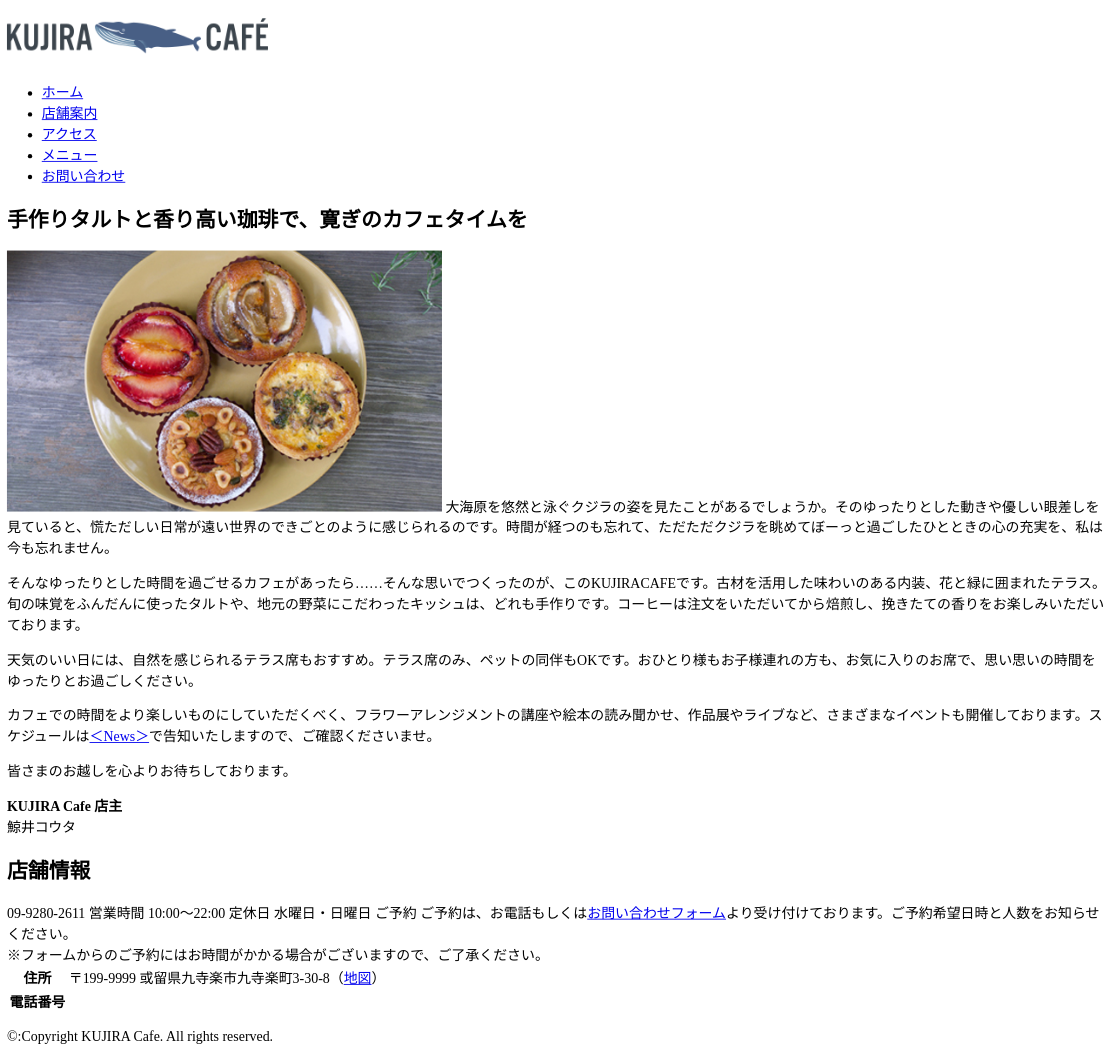
Repository: U-dias/work3
Page: cafe/about.html
The author's editor kept a record of every edit. The page is drawn from the files as they stood at one moment, then again after the next edit.
The browser window is 1280 px wide. The pictures show the whole page, at 87% of full size.

Above is the page before.

### cafe/about.html
<!doctype html>
<html>
  <head>
  <meta charset="utf-8">
  <title>KUJIRA Cafeについて | KUJIRA Cafe</title>
  </head>
  <body>
    <div class="wrapper">
      <!--ヘッダー-->
        <header class="hearder">
          <h1 class="logo"> <a href="index.html"><img src="images/logo.png" alt="KUJIRA Cafe"></a></h1>
          <nav class="nav">
              <ul>
                <li><a href="index.html">ホーム</a></li>
                <li><a href="about.html">店舗案内</a></li>
                <li><a href="access,html">アクセス</a></li>
                <li><a href="menu.html">メニュー</a></li>
                <li><a href="contact.html">お問い合わせ</a></li>

              </ul>
          </nav>
        </header>
        <!--ヘッダーここまで-->
        <!--メイン-->

        <main>
          <h2>手作りタルトと香り高い珈琲で、寛ぎのカフェタイムを</h2>
          <p><img src="images/about-photo.jpg" alt="タルトの写真">
          大海原を悠然と泳ぐクジラの姿を見たことがあるでしょうか。そのゆったりとした動きや優しい眼差しを見ていると、慌ただしい日常が遠い世界のできごとのように感じられるのです。時間が経つのも忘れて、ただただクジラを眺めてぼーっと過ごしたひとときの心の充実を、私は今も忘れません。</p>
          <p>
            そんなゆったりとした時間を過ごせるカフェがあったら……そんな思いでつくったのが、このKUJIRACAFEです。古材を活用した味わいのある内装、花と緑に囲まれたテラス。旬の味覚をふんだんに使ったタルトや、地元の野菜にこだわったキッシュは、どれも手作りです。コーヒーは注文をいただいてから焙煎し、挽きたての香りをお楽しみいただいております。</p>
          <p>天気のいい日には、自然を感じられるテラス席もおすすめ。テラス席のみ、ペットの同伴もOKです。おひとり様もお子様連れの方も、お気に入りのお席で、思い思いの時間をゆったりとお過ごしください。</p>
          <p>カフェでの時間をより楽しいものにしていただくべく、フラワーアレンジメントの講座や絵本の読み聞かせ、作品展やライブなど、さまざまなイベントも開催しております。スケジュールは<a href="index.html#news">＜News＞</a>で告知いたしますので、ご確認くださいませ。</p>
          <p>皆さまのお越しを心よりお待ちしております。</p>

          <p><strong>KUJIRA Cafe 店主</strong><br>
          鯨井コウタ</p>


          <h2>店舗情報</h2>
          <table>
            <tr>
              <th>住所</th>
              <td>〒199-9999 或留県九寺楽市九寺楽町3-30-8（<a href="access.html">地図</a>）</td>

            </tr>
            <tr>
            <th>電話番号</th>
09-9280-2611

営業時間
10:00～22:00

定休日
水曜日・日曜日

ご予約
ご予約は、お電話もしくは<a href="contact.html">お問い合わせフォーム</a>より受け付けております。ご予約希望日時と人数をお知らせください。<br>
※フォームからのご予約にはお時間がかかる場合がございますので、ご了承ください。</tr>

          </table>

      </main>
      <!--メインここまで-->
      <!--フッター-->
      <footer class="footer">
        <p>&copy:Copyright KUJIRA Cafe. All rights reserved.</p>
      </footer>
      <!--フッターここまで-->
</div>
  </p>
  </body>
</html>

After the next edit:
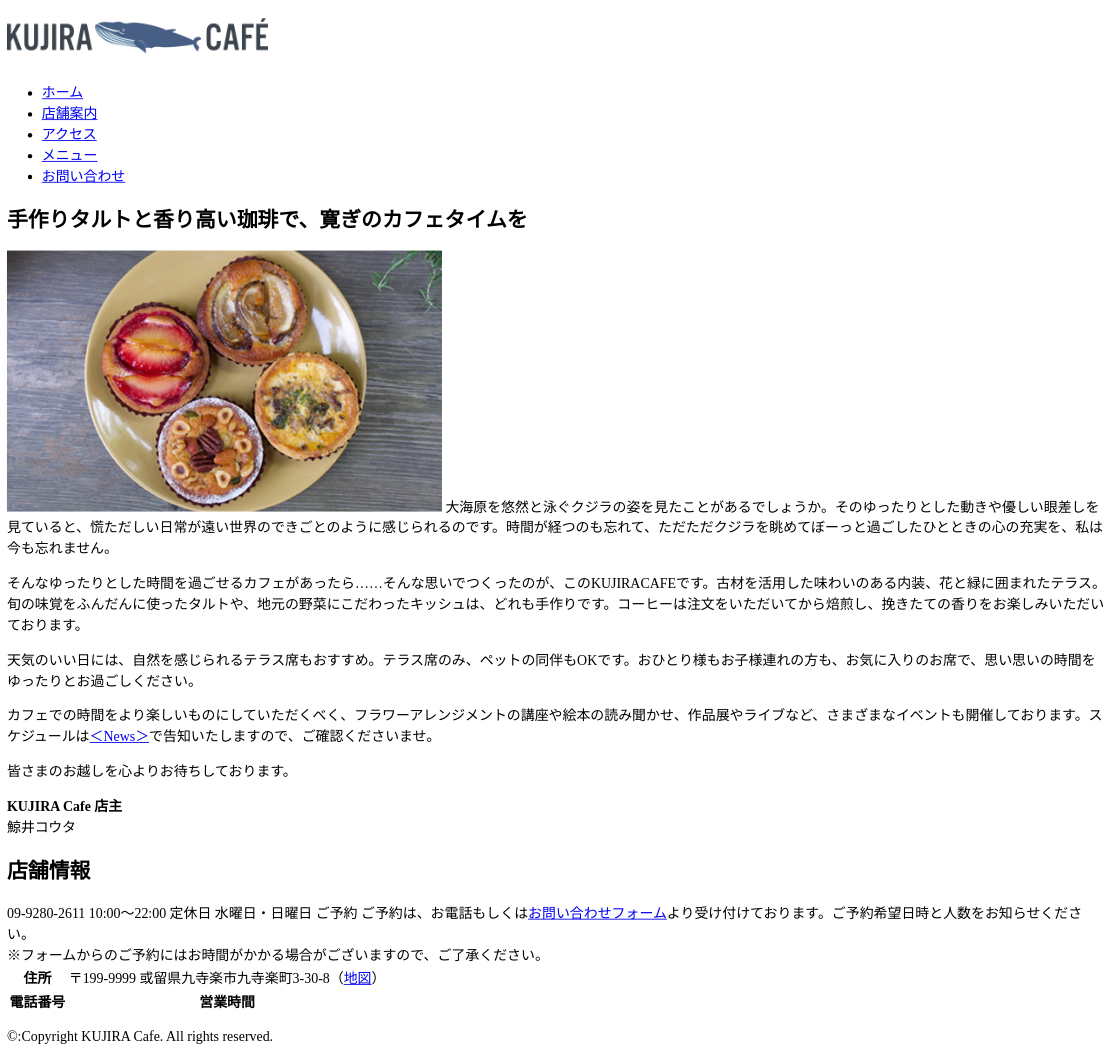
The edit:
--- a/cafe/about.html
+++ b/cafe/about.html
@@ -48,7 +48,7 @@
             <th>電話番号</th>
 09-9280-2611
 
-営業時間
+<th>営業時間</th>
 10:00～22:00
 
 定休日
